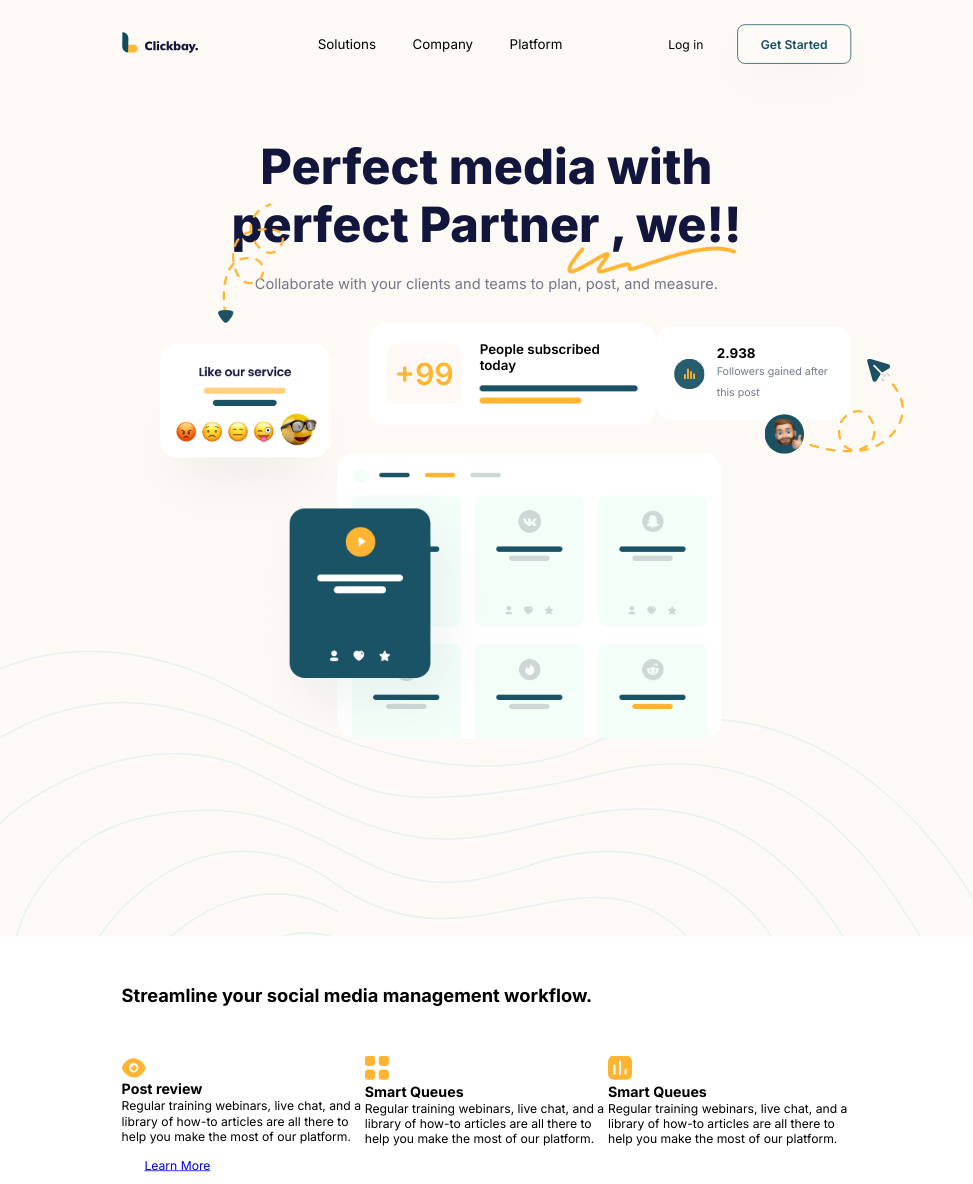
Repository: badhon252/Clickbay
Page: index.html
The author's editor kept a copy of each file at every save. The page is drawn from the files as they stood at one save, then again after the next save.
The browser window is 1280 px wide. The pictures show the whole page, at 76% of full size.
The style sheet was rebuilt from its Sass, Less or Tailwind sources for each picture, by a compiler version that may differ from the author's.

Above is the page before, as saved 2022-09-05 01:46:43.

After the next save:
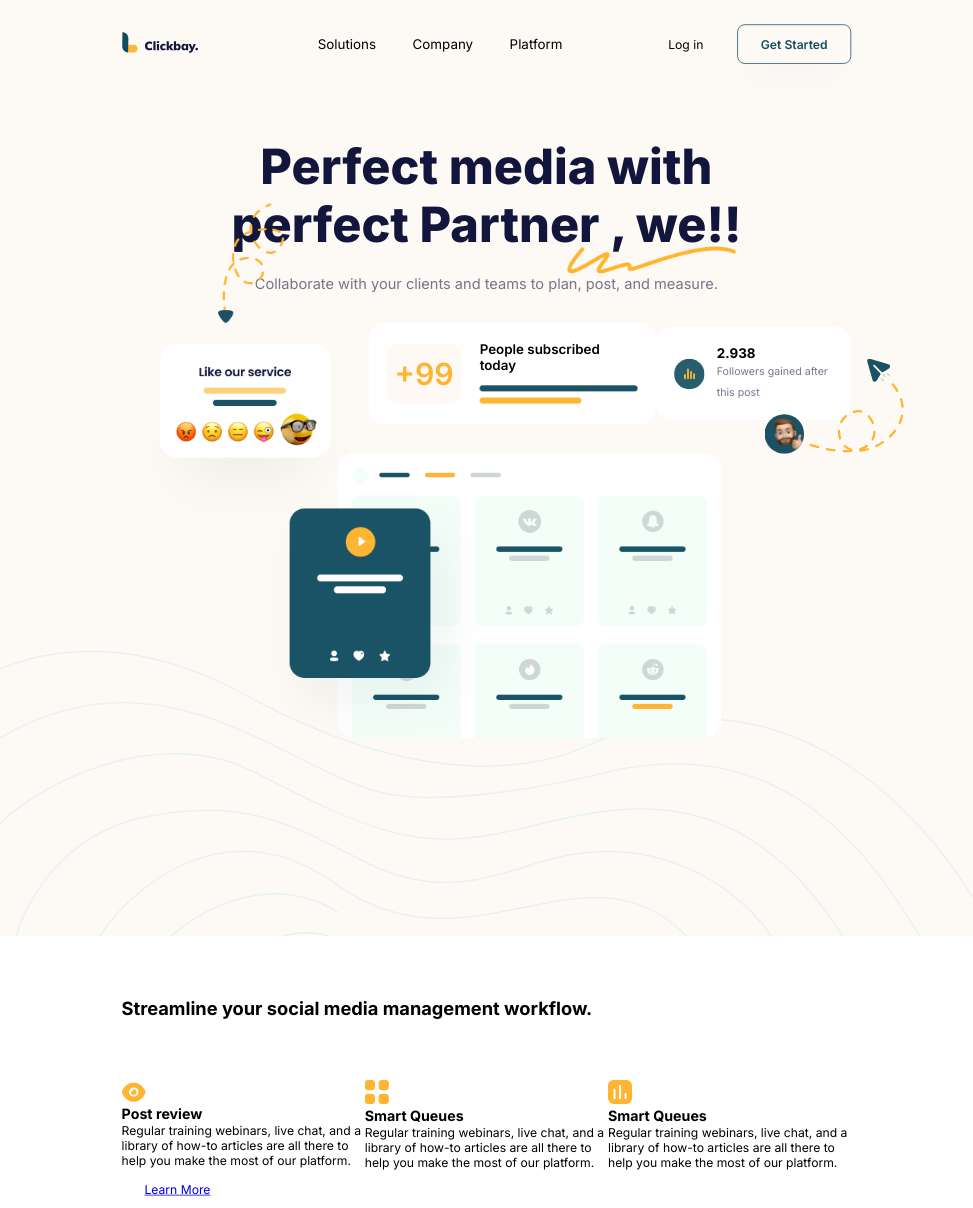
Saved 12 s later.
--- a/index.html
+++ b/index.html
@@ -74,7 +74,7 @@
     </header>
 
     <section class="second_section container">
-        <h2 class="h2 my-4">
+        <h2 class="h2 my-5">
             Streamline your social media management <span> workflow.</span>
         </h2>
         <div class="row">
